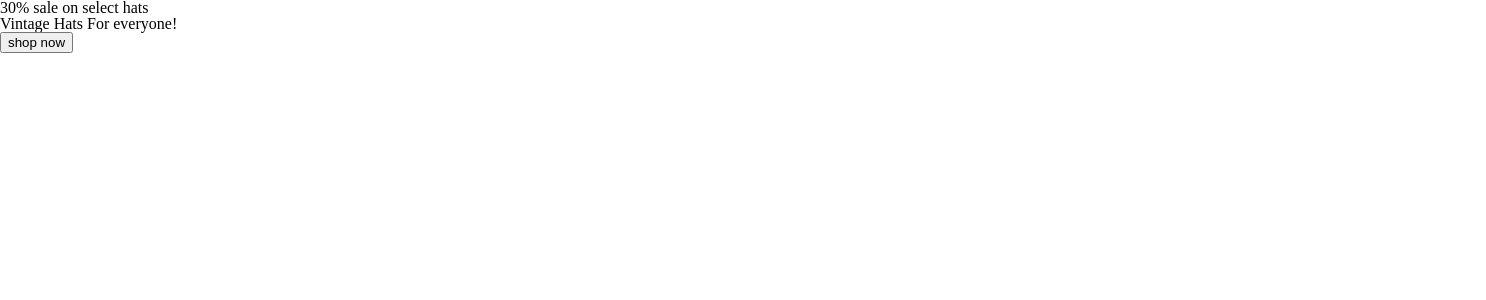
Repository: pixendrit/beetroot-fe-g1
Page: classwork/07 - Figma for Front-end developers/vintage-hats/index.html
An editor plug-in stored every save of this project. The page is shown before and after the next save, followed by the edit.
The browser window is 1280 px wide. The page is 1280 px wide, then 1486 px, so the pictures cover 1486 px, including what lies to the right of the window. The pictures show the whole page.

Above is the page before, as saved 2021-01-25 18:58:16.

### classwork/07 - Figma for Front-end developers/vintage-hats/index.html
<!doctype HTML>
<html lang="en">

<head>
  <meta charset="UTF-8">
  <meta name="viewport" content="width=device-width, initial-scale=1.0">
  <title>Vintage Hats</title>
  <link rel="stylesheet" href="styles/style.css">
</head>

<body>
  <main>
    <section class="hero-banner">
      <div class="container-full">
        <h4 class="offer-sale">30% sale on select hats</h4>
        <h1 class="main-title">Vintage Hats
          For everyone!</h1>
        <button class="button">shop now</button>
      </div>
    </section>
  </main>
</body>

</html>

### classwork/07 - Figma for Front-end developers/vintage-hats/styles/style.css
/* http://meyerweb.com/eric/tools/css/reset/
   v2.0 | 20110126
   License: none (public domain)
*/

html, body, div, span, applet, object, iframe,
h1, h2, h3, h4, h5, h6, p, blockquote, pre,
a, abbr, acronym, address, big, cite, code,
del, dfn, em, img, ins, kbd, q, s, samp,
small, strike, strong, sub, sup, tt, var,
b, u, i, center,
dl, dt, dd, ol, ul, li,
fieldset, form, label, legend,
table, caption, tbody, tfoot, thead, tr, th, td,
article, aside, canvas, details, embed,
figure, figcaption, footer, header, hgroup,
menu, nav, output, ruby, section, summary,
time, mark, audio, video {
	margin: 0;
	padding: 0;
	border: 0;
	font-size: 100%;
	font: inherit;
	vertical-align: baseline;
}
/* HTML5 display-role reset for older browsers */
article, aside, details, figcaption, figure,
footer, header, hgroup, menu, nav, section {
	display: block;
}
body {
	line-height: 1;
}
ol, ul {
	list-style: none;
}
blockquote, q {
	quotes: none;
}
blockquote:before, blockquote:after,
q:before, q:after {
	content: '';
	content: none;
}
table {
	border-collapse: collapse;
	border-spacing: 0;
}

.hero-banner {
  background: url('../images/bg-img.jpg')
}
.container-full {
  width: 100%;
  float: left;
}

After the next save:
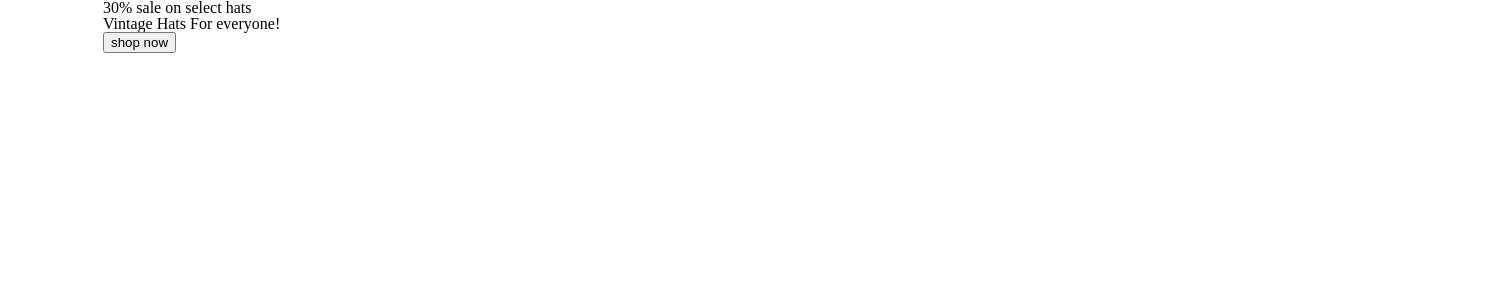
Saved 61 s later.
--- a/classwork/07 - Figma for Front-end developers/vintage-hats/styles/style.css
+++ b/classwork/07 - Figma for Front-end developers/vintage-hats/styles/style.css
@@ -51,6 +51,8 @@
   background: url('../images/bg-img.jpg')
 }
 .container-full {
+  padding-left:103px;
+  padding-right:103px;
   width: 100%;
   float: left;
 }
